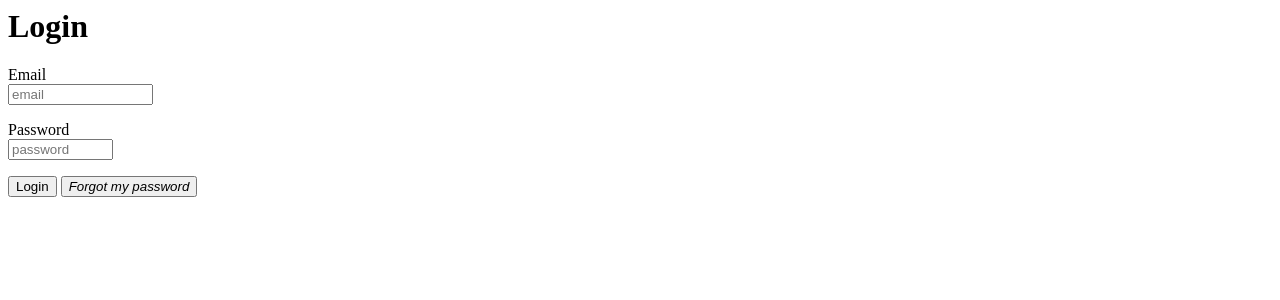
Repository: WillLiang918/Portfolio
Page: http://localhost/Task_Manager/login.jsp
An editor plug-in stored every save of this project. The page is shown before and after the next save, followed by the edit.
The browser window is 1280 px wide. The pictures show the whole page.
The page is served by Tomcat 9. Other server files are loaded and not shown.

Above is the page before, as saved 2015-07-22 19:50:55.

### Task_Manager/WebContent/login.jsp
<html>
<head>
<title>Login</title>
</head>

<body>
<h1>Login</h1>
<form action="UserLoginServlet" method="GET">
	<p>Email<br>
	<input type="text" name="email" placeholder="email" size="15" maxlength="20"/></p>
	<p>Password<br>
	<input type="password" name="password" placeholder="password" size="10" maxlength="20"/></p>
	<p>
		<input type="submit" name="submit" value="Login"/>
		<a href="ForgotPassword.jsp" title="AJAX!">
		 <button><i>Forgot my password</i></button>
		</a>
	</p>

</form>
</body>
</html>

After the next save:
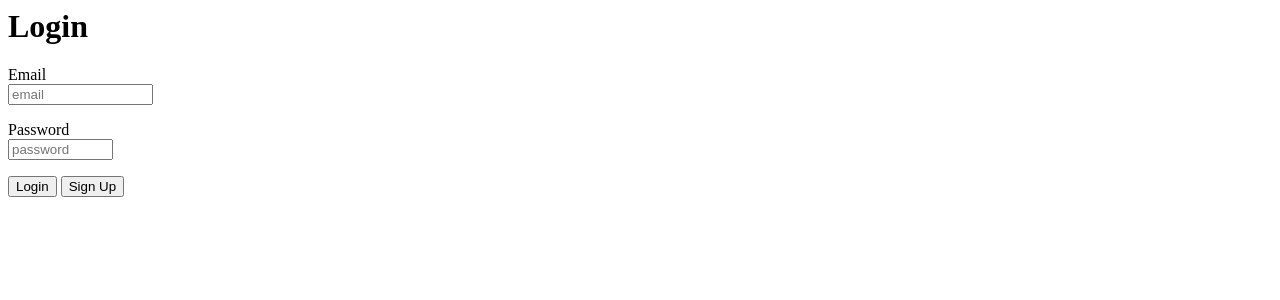
Saved 31 s later.
--- a/Task_Manager/WebContent/login.jsp
+++ b/Task_Manager/WebContent/login.jsp
@@ -13,7 +13,7 @@
 	<p>
 		<input type="submit" name="submit" value="Login"/>
 		<a href="ForgotPassword.jsp" title="AJAX!">
-		 <button><i>Forgot my password</i></button>
+		 <button>Sign Up</button>
 		</a>
 	</p>
 
